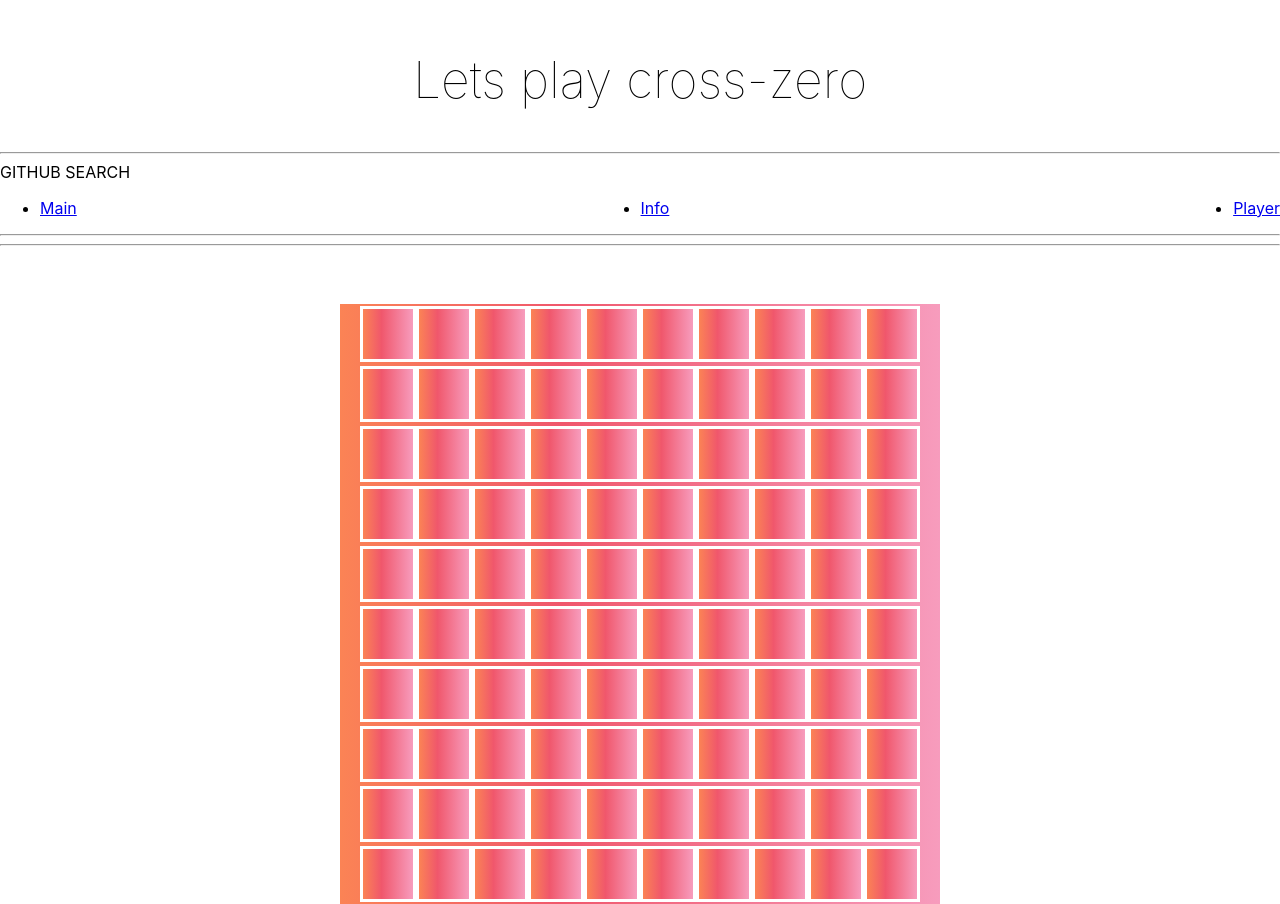
Repository: PGVlasov/cross-zero-game
Page: /
The author's editor kept a copy of each file at every save. The page is drawn from the files as they stood at one save, then again after the next save.
The browser window is 1280 px wide. The pictures show the whole page.
The project was rebuilt for these pictures with package versions that can differ from the ones it lists, and the page was loaded fresh each time. Also part of the build but not shown: webpack.config.js.

Above is the page before, as saved 2020-12-01 13:45:53.

### src/App.js
import { BrowserRouter, Switch, Route } from "react-router-dom";
import Field1 from "./Containers/Field/Field1";
import { Header } from "./Containers/Header/Header";
import { Navbar } from "./Containers/Navbar/Navbar";

function App() {
  return (
    <div>
      <BrowserRouter>
        <Header />
        <hr />
        <Navbar />
        <hr />
        <hr />
        <Field1 />
      </BrowserRouter>
    </div>
  );
}

export default App;

### src/Containers/Field/Field1.js
import React from "react";
import classes from "./Field1.module.css";
let move = 0;

class Field1 extends React.Component {
  constructor(props) {
    super(props);
    this.myRef = React.createRef();

    this.onSetValue = this.onSetValue.bind(this);
  }

  onSetValue(event) {
    if (move % 2 === 0) {
      event.target.innerHTML = "X";
    } else {
      event.target.innerHTML = "0";
    }
    move++;

    if (event.target.innerHTML !== "") {
      alert("Поле затято");
    }
    // console.log(event);
    // console.log(event.target.innerHTML);
  }

  //   onSetZero() {}

  render() {
    return (
      <div className={classes.conteiner}>
        <div
          className={classes.area}
          ref={this.myRef}
          onClick={this.onSetValue}
        >
          <div className={classes.table}></div>
          <div className={classes.table}></div>
          <div className={classes.table}></div>
          <div className={classes.table}></div>
          <div className={classes.table}></div>
          <div className={classes.table}></div>
          <div className={classes.table}></div>
          <div className={classes.table}></div>
          <div className={classes.table}></div>
          <div className={classes.table}></div>
          <div className={classes.table}></div>
          <div className={classes.table}></div>
          <div className={classes.table}></div>
          <div className={classes.table}></div>
          <div className={classes.table}></div>
          <div className={classes.table}></div>
          <div className={classes.table}></div>
          <div className={classes.table}></div>
          <div className={classes.table}></div>
          <div className={classes.table}></div>
          <div className={classes.table}></div>
          <div className={classes.table}></div>
          <div className={classes.table}></div>
          <div className={classes.table}></div>
          <div className={classes.table}></div>
          <div className={classes.table}></div>
          <div className={classes.table}></div>
          <div className={classes.table}></div>
          <div className={classes.table}></div>
          <div className={classes.table}></div>
          <div className={classes.table}></div>
          <div className={classes.table}></div>
          <div className={classes.table}></div>
          <div className={classes.table}></div>
          <div className={classes.table}></div>
          <div className={classes.table}></div>
          <div className={classes.table}></div>
          <div className={classes.table}></div>
          <div className={classes.table}></div>
          <div className={classes.table}></div>
          <div className={classes.table}></div>
          <div className={classes.table}></div>
          <div className={classes.table}></div>
          <div className={classes.table}></div>
          <div className={classes.table}></div>
          <div className={classes.table}></div>
          <div className={classes.table}></div>
          <div className={classes.table}></div>
          <div className={classes.table}></div>
          <div className={classes.table}></div>
          <div className={classes.table}></div>
          <div className={classes.table}></div>
          <div className={classes.table}></div>
          <div className={classes.table}></div>
          <div className={classes.table}></div>
          <div className={classes.table}></div>
          <div className={classes.table}></div>
          <div className={classes.table}></div>
          <div className={classes.table}></div>
          <div className={classes.table}></div>
          <div className={classes.table}></div>
          <div className={classes.table}></div>
          <div className={classes.table}></div>
          <div className={classes.table}></div>
          <div className={classes.table}></div>
          <div className={classes.table}></div>
          <div className={classes.table}></div>
          <div className={classes.table}></div>
          <div className={classes.table}></div>
          <div className={classes.table}></div>
          <div className={classes.table}></div>
          <div className={classes.table}></div>
          <div className={classes.table}></div>
          <div className={classes.table}></div>
          <div className={classes.table}></div>
          <div className={classes.table}></div>
          <div className={classes.table}></div>
          <div className={classes.table}></div>
          <div className={classes.table}></div>
          <div className={classes.table}></div>
          <div className={classes.table}></div>
          <div className={classes.table}></div>
          <div className={classes.table}></div>
          <div className={classes.table}></div>
          <div className={classes.table}></div>
          <div className={classes.table}></div>
          <div className={classes.table}></div>
          <div className={classes.table}></div>
          <div className={classes.table}></div>
          <div className={classes.table}></div>
          <div className={classes.table}></div>
          <div className={classes.table}></div>
          <div className={classes.table}></div>
          <div className={classes.table}></div>
          <div className={classes.table}></div>
          <div className={classes.table}></div>
          <div className={classes.table}></div>
          <div className={classes.table}></div>
          <div className={classes.table}></div>
          <div className={classes.table}></div>
        </div>
      </div>
    );
  }
}

export default Field1;

### src/Containers/Header/Header.js
import classes from "./Header.module.css";
import React from "react";

export const Header = () => {
  return (
    <div>
      <h2 className={classes.Header}>Lets play cross-zero</h2>
    </div>
  );
};

### src/Containers/Navbar/Navbar.js
import React from "react";
import { NavLink } from "react-router-dom";
import classes from "./navbar.module.css";

export const Navbar = () => (
  <nav className="navbar">
    <div className={classes.navbarHeader}>GITHUB SEARCH</div>
    <ul className={classes.navbar}>
      <li className="nav-item">
        <NavLink exact to="/" className="nav-link">
          Main
        </NavLink>
      </li>
      <li className="nav-item">
        <NavLink to="/about" className="nav-link">
          Info
        </NavLink>
      </li>
      <li className="nav-item">
        <NavLink to="/about" className="nav-link">
          Player
        </NavLink>
      </li>
    </ul>
  </nav>
);

### src/Containers/Field/Field1.module.css
.area {
  width: 600px;
  height: 600px;
  max-width: 600 px;
  display: flex;
  justify-content: center;
  margin-top: 50px;
  font-size: 500;
  background: linear-gradient(90deg, #fb8355 0%, #f0576c 37%, #f79cbd 100%);
  align-items: center;
  flex-wrap: wrap;
}

.table {
  display: flex;
  width: 50px;
  height: 50px;
  font-size: 500;
  border: white 3px solid;
  background: linear-gradient(90deg, #fb8355 0%, #f0576c 37%, #f79cbd 100%);
  font-size: 45px;
  color: whitesmoke;
  justify-content: center;
  align-items: center;
}

.conteiner {
  display: flex;
  justify-content: center;
}

.btn {
  font-size: 40px;
  color: whitesmoke;
}

### src/Containers/Header/Header.module.css
.Header {
  display: flex;
  justify-content: center;
  margin-top: 50px;
  font-size: 50px;
  font-weight: 100;
}

### src/Containers/Navbar/navbar.module.css
.navbar {
  display: flex;
  justify-content: space-between;
}

.navbarHeader {
  font-size: 500;
}

Loaded but not shown: public/index.html (common file); src/index.js (common file); src/index.css (common file); src/reportWebVitals.js (common file)

After the next save:
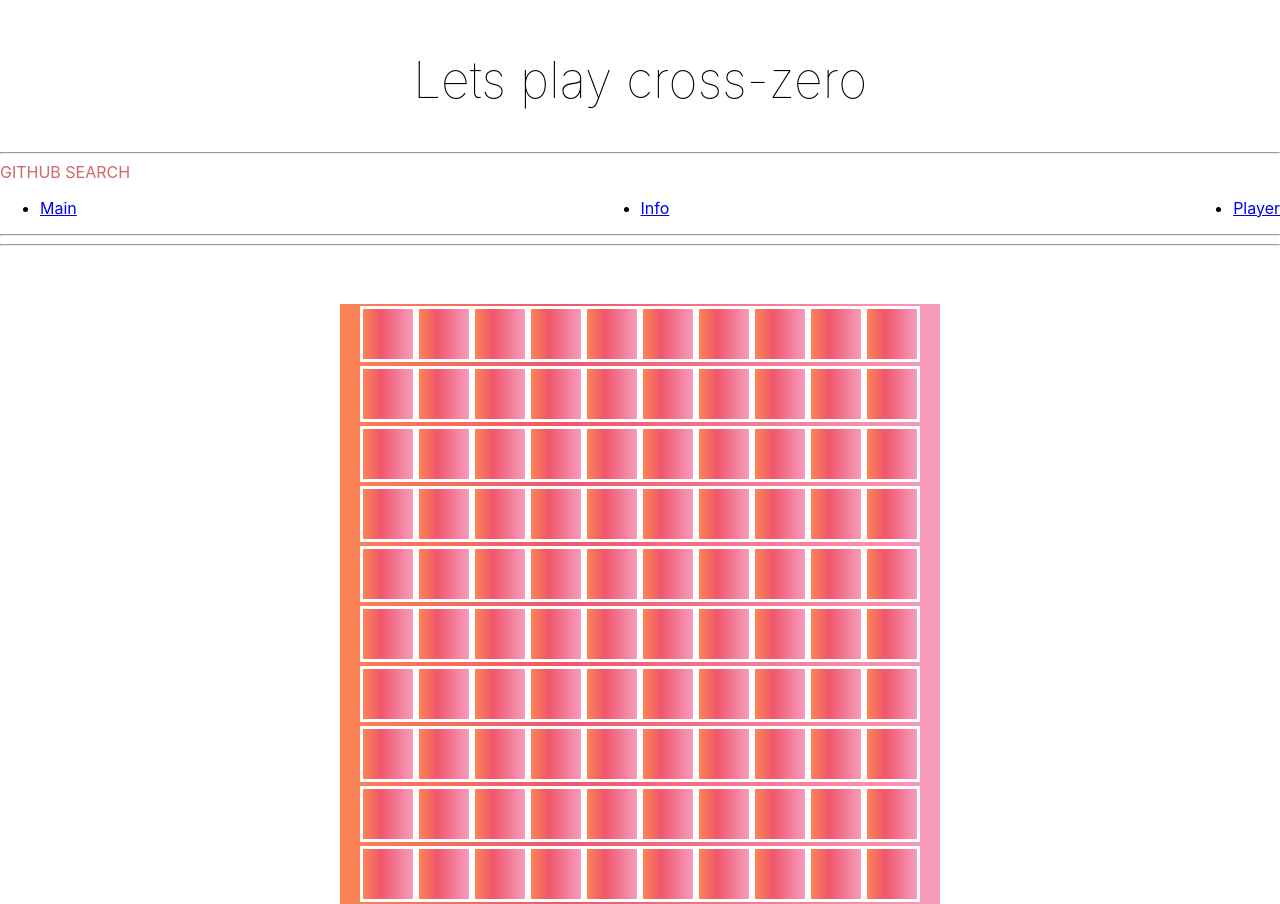
Saved 41 s later.
--- a/src/Containers/Navbar/navbar.module.css
+++ b/src/Containers/Navbar/navbar.module.css
@@ -5,4 +5,5 @@
 
 .navbarHeader {
   font-size: 500;
+  color: rgb(211, 102, 102);
 }
